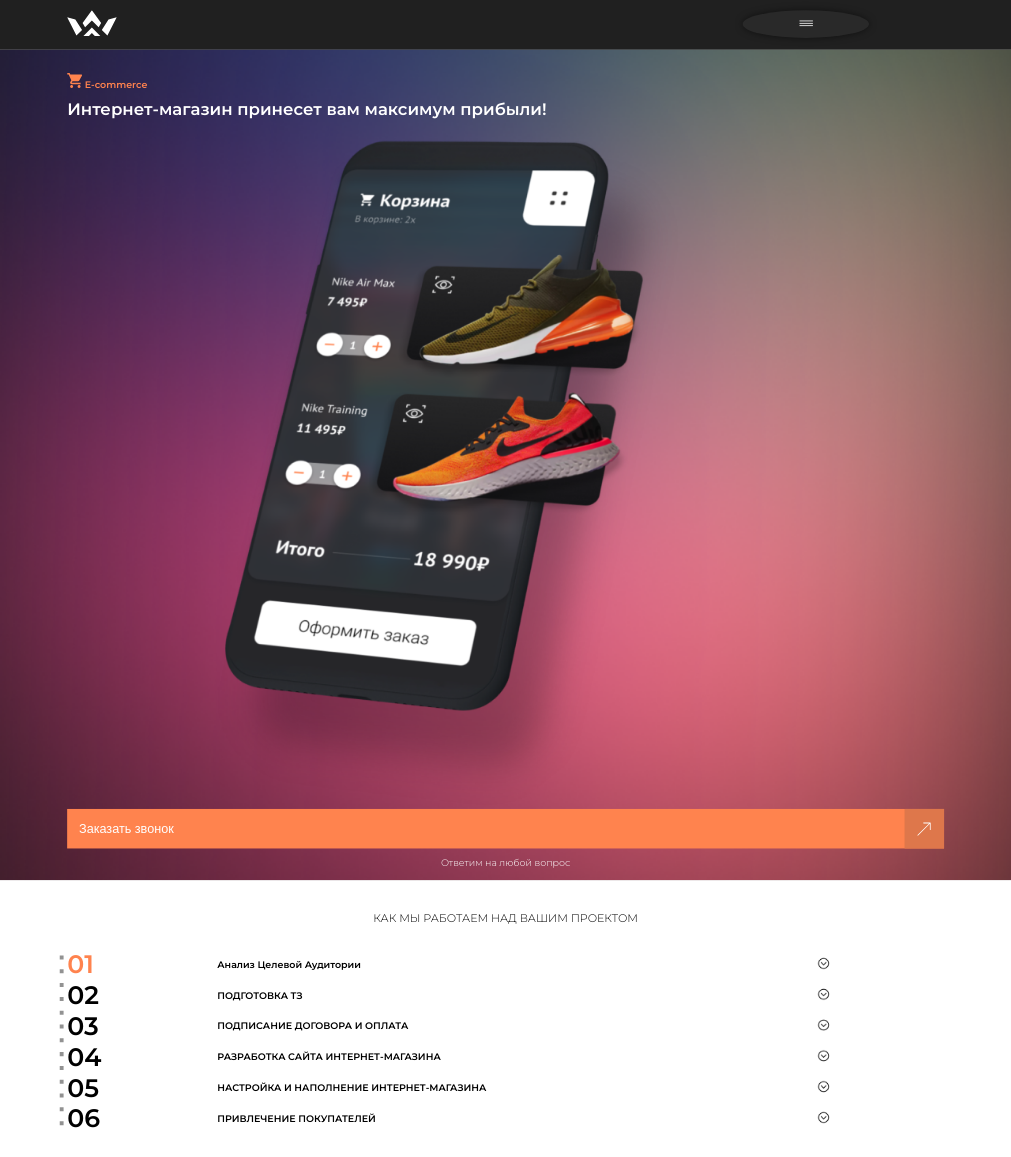
Repository: Gabi0605/my-tests
Page: web_alternative/index.html
These files come from the project's save history. The page is drawn as it stood at one moment and after a run of saves; the edit follows.
The browser window is 1280 px wide. The pictures show the whole page, at 79% of full size.
The style sheet was rebuilt from its Sass, Less or Tailwind sources for each picture, by a compiler version that may differ from the author's.

Above is the page before, as saved 2020-01-19 20:39:25.

After the next 2 saves:
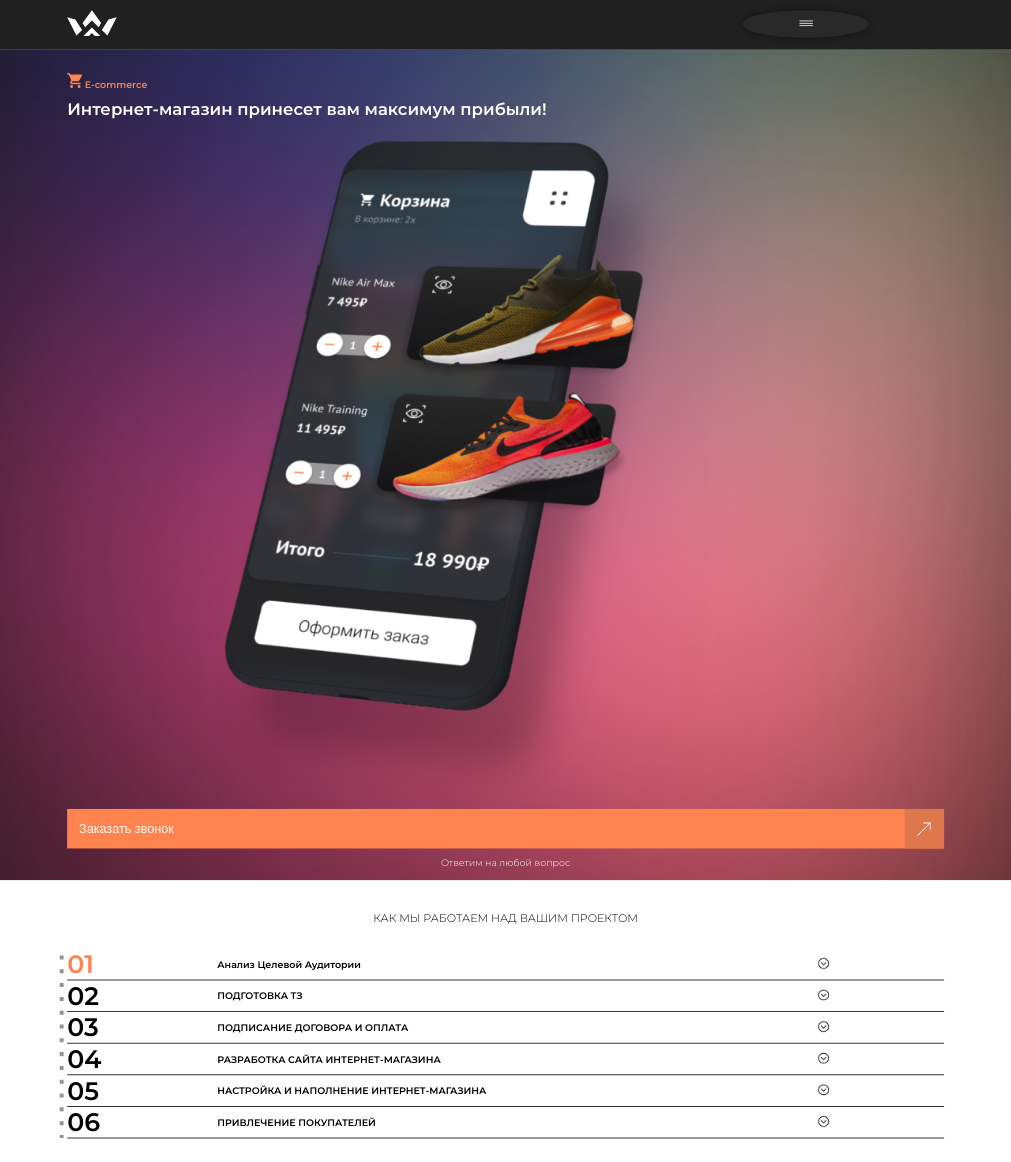
The 2 saves are shown as one change because they came seconds apart.
The last was saved 31 s later.
--- a/web_alternative/less/style.less
+++ b/web_alternative/less/style.less
@@ -130,14 +130,7 @@
         }
     }
     .item{
-        position: relative;
-        &::after{
-            content: '';
-            background: @gray;
-            bottom: 0;
-            height: 5px;
-            width: 100%;
-        }
+        border-bottom: 1px solid #000;
         &__number{
             font-size: 32px;
             line-height: 39px;
